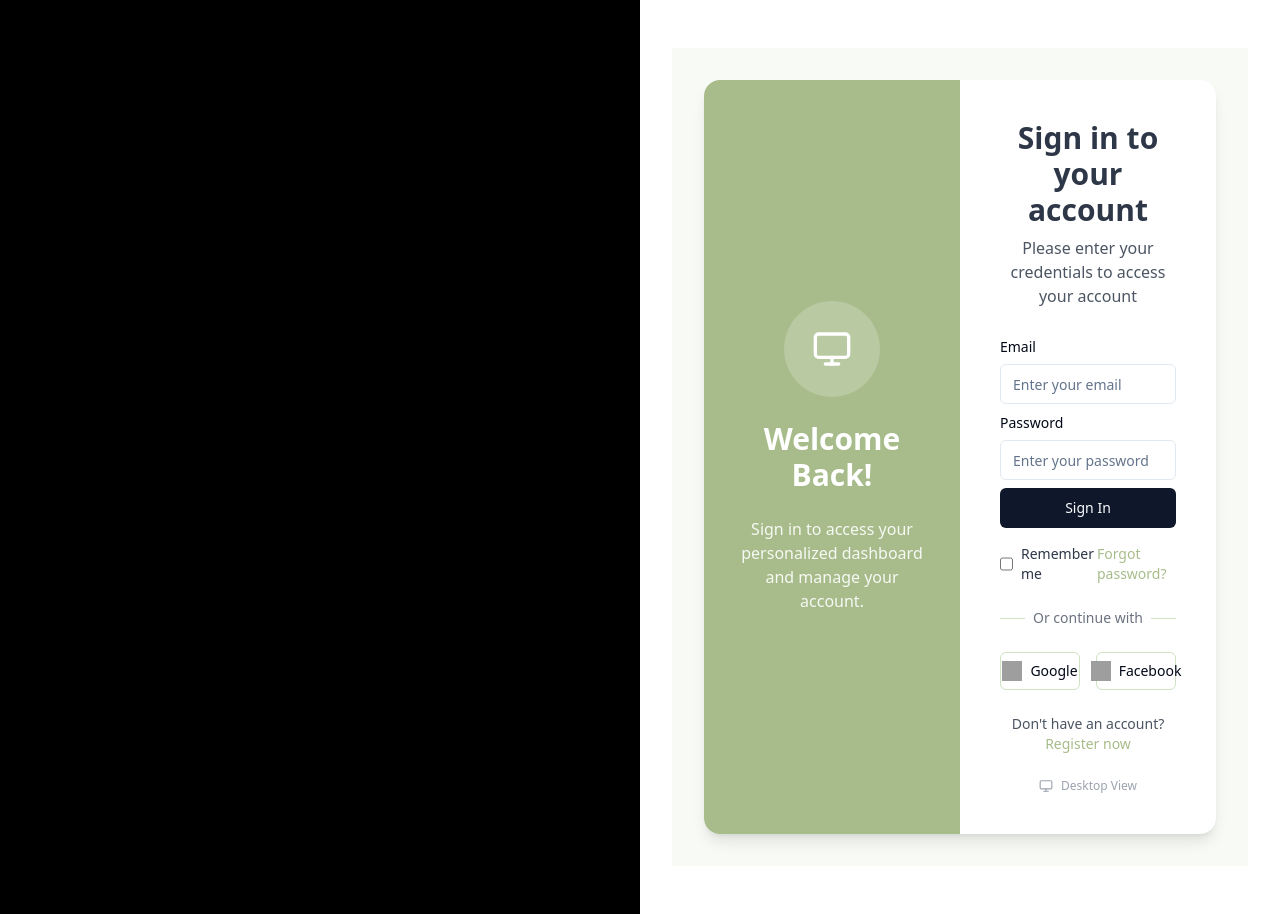
Repository: HanzlaAlvi/GreenCart
Page: / (app in client/)
An editor plug-in stored every save of this project. The page is shown before and after the next save, followed by the edit.
The browser window is 1280 px wide. The pictures show the whole page.
Pictures or frames that could not be fetched are drawn as grey boxes. The page's requests for data from a server got no answer. The project was rebuilt for these pictures with package versions that can differ from the ones it lists, and the page was loaded fresh each time. No one was signed in, and anything a server would have sent is missing. Also part of the build but not shown: client/vite.config.js, client/src/components/ui/select.jsx, client/src/components/ui/textarea.jsx, client/src/pages/auth/register.jsx, client/src/components/ui/sheet.jsx, client/src/components/admin-view/header.jsx, client/src/components/admin-view/layout.jsx, client/src/components/admin-view/image-upload.jsx and 36 more.

Above is the page before, as saved 2025-07-05 17:24:48.

### client/src/App.jsx
import { Route, Routes } from "react-router-dom";
import AuthLayout from "./components/auth/layout";
import AuthLogin from "./pages/auth/login";
import AuthRegister from "./pages/auth/register";
import AdminLayout from "./components/admin-view/layout";
import AdminDashboard from "./pages/admin-view/dashboard";
import AdminProducts from "./pages/admin-view/products";
import AdminOrders from "./pages/admin-view/orders";
import AdminFeatures from "./pages/admin-view/features";
import ShoppingLayout from "./components/shopping-view/layout";
import NotFound from "./pages/not-found";
import ShoppingHome from "./pages/shopping-view/home";
import ShoppingListing from "./pages/shopping-view/listing";
import ShoppingCheckout from "./pages/shopping-view/checkout";
import ShoppingAccount from "./pages/shopping-view/account";
import CheckAuth from "./components/common/check-auth";
import UnauthPage from "./pages/unauth-page";
import { useDispatch, useSelector } from "react-redux";
import { useEffect } from "react";
import { checkAuth } from "./store/auth-slice";
import { Skeleton } from "@/components/ui/skeleton";
import PaypalReturnPage from "./pages/shopping-view/paypal-return";
import PaymentSuccessPage from "./pages/shopping-view/payment-success";
import SearchProducts from "./pages/shopping-view/search";

function App() {
  const { user, isAuthenticated, isLoading } = useSelector(
    (state) => state.auth
  );
  const dispatch = useDispatch();

  useEffect(() => {
    dispatch(checkAuth());
  }, [dispatch]);

  if (isLoading) return <Skeleton className="w-[800] bg-black h-[600px]" />;

  console.log(isLoading, user);
  console.log("APP JSX IS RUNNING");
  return (
    <div className="flex flex-col overflow-hidden bg-white">
      <Routes>
        <Route
          path="/"
          element={
            <CheckAuth
              isAuthenticated={isAuthenticated}
              user={user}
            ></CheckAuth>
          }
        />
        <Route
          path="/auth"
          element={
            <CheckAuth isAuthenticated={isAuthenticated} user={user}>
              <AuthLayout />
            </CheckAuth>
          }
        >
          <Route path="login" element={<AuthLogin />} />
          <Route path="register" element={<AuthRegister />} />
        </Route>
        <Route
          path="/admin"
          element={
            <CheckAuth isAuthenticated={isAuthenticated} user={user}>
              <AdminLayout />
            </CheckAuth>
          }
        >
          <Route path="dashboard" element={<AdminDashboard />} />
          <Route path="products" element={<AdminProducts />} />
          <Route path="orders" element={<AdminOrders />} />
          <Route path="features" element={<AdminFeatures />} />
        </Route>
        <Route
          path="/shop"
          element={
            <CheckAuth isAuthenticated={isAuthenticated} user={user}>
              <ShoppingLayout />
            </CheckAuth>
          }
        >
          <Route path="home" element={<ShoppingHome />} />
          <Route path="listing" element={<ShoppingListing />} />
          <Route path="checkout" element={<ShoppingCheckout />} />
          <Route path="account" element={<ShoppingAccount />} />
          <Route path="paypal-return" element={<PaypalReturnPage />} />
          <Route path="payment-success" element={<PaymentSuccessPage />} />
          <Route path="search" element={<SearchProducts />} />
        </Route>
        <Route path="/unauth-page" element={<UnauthPage />} />
        <Route path="*" element={<NotFound />} />
      </Routes>
    </div>
  );
}

export default App;

### client/src/components/ui/toaster.jsx
import {
  Toast,
  ToastClose,
  ToastDescription,
  ToastProvider,
  ToastTitle,
  ToastViewport,
} from "@/components/ui/toast"
import { useToast } from "@/components/ui/use-toast"

export function Toaster() {
  const { toasts } = useToast()

  return (
    (<ToastProvider>
      {toasts.map(function ({ id, title, description, action, ...props }) {
        return (
          (<Toast key={id} {...props}>
            <div className="grid gap-1">
              {title && <ToastTitle>{title}</ToastTitle>}
              {description && (
                <ToastDescription>{description}</ToastDescription>
              )}
            </div>
            {action}
            <ToastClose />
          </Toast>)
        );
      })}
      <ToastViewport />
    </ToastProvider>)
  );
}

### client/src/components/auth/layout.jsx
import { Outlet } from "react-router-dom";

function AuthLayout() {
  return (
    <div className="flex min-h-screen w-full">
      <div className="hidden lg:flex items-center justify-center bg-black w-1/2 px-12">

      </div>
      <div className="flex flex-1 items-center justify-center bg-background px-4 py-12 sm:px-6 lg:px-8">
        <Outlet />
      </div>
    </div>
  );
}

export default AuthLayout;

### client/src/components/common/check-auth.jsx
import { Navigate, useLocation } from "react-router-dom";

function CheckAuth({ isAuthenticated, user, children }) {
  const location = useLocation();

  console.log(location.pathname, isAuthenticated);

  if (location.pathname === "/") {
    if (!isAuthenticated) {
      return <Navigate to="/auth/login" />;
    } else {
      if (user?.role === "admin") {
        return <Navigate to="/admin/dashboard" />;
      } else {
        return <Navigate to="/shop/home" />;
      }
    }
  }

  if (
    !isAuthenticated &&
    !(
      location.pathname.includes("/login") ||
      location.pathname.includes("/register")
    )
  ) {
    return <Navigate to="/auth/login" />;
  }

  if (
    isAuthenticated &&
    (location.pathname.includes("/login") ||
      location.pathname.includes("/register"))
  ) {
    if (user?.role === "admin") {
      return <Navigate to="/admin/dashboard" />;
    } else {
      return <Navigate to="/shop/home" />;
    }
  }

  if (
    isAuthenticated &&
    user?.role !== "admin" &&
    location.pathname.includes("admin")
  ) {
    return <Navigate to="/unauth-page" />;
  }

  if (
    isAuthenticated &&
    user?.role === "admin" &&
    location.pathname.includes("shop")
  ) {
    return <Navigate to="/admin/dashboard" />;
  }

  return <>{children}</>;
}

export default CheckAuth;

### client/src/pages/shopping-view/paypal-return.jsx
import { Card, CardHeader, CardTitle } from "@/components/ui/card";
import { capturePayment } from "@/store/shop/order-slice";
import { useEffect } from "react";
import { useDispatch } from "react-redux";
import { useLocation } from "react-router-dom";

function PaypalReturnPage() {

}

export default PaypalReturnPage;

### client/src/pages/shopping-view/payment-success.jsx
import { Button } from "@/components/ui/button";
import { Card, CardHeader, CardTitle } from "@/components/ui/card";
import { useNavigate } from "react-router-dom";

function PaymentSuccessPage() {

}

export default PaymentSuccessPage;

### client/src/components/ui/toast.jsx
import * as React from "react"
import * as ToastPrimitives from "@radix-ui/react-toast"
import { cva } from "class-variance-authority";
import { X } from "lucide-react"

import { cn } from "@/lib/utils"

const ToastProvider = ToastPrimitives.Provider

const ToastViewport = React.forwardRef(({ className, ...props }, ref) => (
  <ToastPrimitives.Viewport
    ref={ref}
    className={cn(
      "fixed top-0 z-[100] flex max-h-screen w-full flex-col-reverse p-4 sm:bottom-0 sm:right-0 sm:top-auto sm:flex-col md:max-w-[420px]",
      className
    )}
    {...props} />
))
ToastViewport.displayName = ToastPrimitives.Viewport.displayName

const toastVariants = cva(
  "group pointer-events-auto relative flex w-full items-center justify-between space-x-4 overflow-hidden rounded-md border p-6 pr-8 shadow-lg transition-all data-[swipe=cancel]:translate-x-0 data-[swipe=end]:translate-x-[var(--radix-toast-swipe-end-x)] data-[swipe=move]:translate-x-[var(--radix-toast-swipe-move-x)] data-[swipe=move]:transition-none data-[state=open]:animate-in data-[state=closed]:animate-out data-[swipe=end]:animate-out data-[state=closed]:fade-out-80 data-[state=closed]:slide-out-to-right-full data-[state=open]:slide-in-from-top-full data-[state=open]:sm:slide-in-from-bottom-full",
  {
    variants: {
      variant: {
        default: "border bg-background text-foreground",
        destructive:
          "destructive group border-destructive bg-destructive text-destructive-foreground",
      },
    },
    defaultVariants: {
      variant: "default",
    },
  }
)

const Toast = React.forwardRef(({ className, variant, ...props }, ref) => {
  return (
    (<ToastPrimitives.Root
      ref={ref}
      className={cn(toastVariants({ variant }), className)}
      {...props} />)
  );
})
Toast.displayName = ToastPrimitives.Root.displayName

const ToastAction = React.forwardRef(({ className, ...props }, ref) => (
  <ToastPrimitives.Action
    ref={ref}
    className={cn(
      "inline-flex h-8 shrink-0 items-center justify-center rounded-md border bg-transparent px-3 text-sm font-medium ring-offset-background transition-colors hover:bg-secondary focus:outline-none focus:ring-2 focus:ring-ring focus:ring-offset-2 disabled:pointer-events-none disabled:opacity-50 group-[.destructive]:border-muted/40 group-[.destructive]:hover:border-destructive/30 group-[.destructive]:hover:bg-destructive group-[.destructive]:hover:text-destructive-foreground group-[.destructive]:focus:ring-destructive",
      className
    )}
    {...props} />
))
ToastAction.displayName = ToastPrimitives.Action.displayName

const ToastClose = React.forwardRef(({ className, ...props }, ref) => (
  <ToastPrimitives.Close
    ref={ref}
    className={cn(
      "absolute right-2 top-2 rounded-md p-1 text-foreground/50 opacity-0 transition-opacity hover:text-foreground focus:opacity-100 focus:outline-none focus:ring-2 group-hover:opacity-100 group-[.destructive]:text-red-300 group-[.destructive]:hover:text-red-50 group-[.destructive]:focus:ring-red-400 group-[.destructive]:focus:ring-offset-red-600",
      className
    )}
    toast-close=""
    {...props}>
    <X className="h-4 w-4" />
  </ToastPrimitives.Close>
))
ToastClose.displayName = ToastPrimitives.Close.displayName

const ToastTitle = React.forwardRef(({ className, ...props }, ref) => (
  <ToastPrimitives.Title ref={ref} className={cn("text-sm font-semibold", className)} {...props} />
))
ToastTitle.displayName = ToastPrimitives.Title.displayName

const ToastDescription = React.forwardRef(({ className, ...props }, ref) => (
  <ToastPrimitives.Description ref={ref} className={cn("text-sm opacity-90", className)} {...props} />
))
ToastDescription.displayName = ToastPrimitives.Description.displayName

export { ToastProvider, ToastViewport, Toast, ToastTitle, ToastDescription, ToastClose, ToastAction };

### client/src/components/common/form.jsx
import { Input } from "../ui/input";
import { Label } from "../ui/label";
import {
  Select,
  SelectContent,
  SelectItem,
  SelectTrigger,
  SelectValue,
} from "../ui/select";
import { Textarea } from "../ui/textarea";
import { Button } from "../ui/button";

function CommonForm({
  formControls,
  formData,
  setFormData,
  onSubmit,
  buttonText,
  isBtnDisabled,
}) {
  function renderInputsByComponentType(getControlItem) {
    let element = null;
    const value = formData[getControlItem.name] || "";

    switch (getControlItem.componentType) {
      case "input":
        element = (
          <Input
            name={getControlItem.name}
            placeholder={getControlItem.placeholder}
            id={getControlItem.name}
            type={getControlItem.type}
            value={value}
            onChange={(event) =>
              setFormData({
                ...formData,
                [getControlItem.name]: event.target.value,
              })
            }
          />
        );

        break;
      case "select":
        element = (
          <Select
            onValueChange={(value) =>
              setFormData({
                ...formData,
                [getControlItem.name]: value,
              })
            }
            value={value}
          >
            <SelectTrigger className="w-full">
              <SelectValue placeholder={getControlItem.label} />
            </SelectTrigger>
            <SelectContent>
              {getControlItem.options && getControlItem.options.length > 0
                ? getControlItem.options.map((optionItem) => (
                    <SelectItem key={optionItem.id} value={optionItem.id}>
                      {optionItem.label}
                    </SelectItem>
                  ))
                : null}
            </SelectContent>
          </Select>
        );

        break;
      case "textarea":
        element = (
          <Textarea
            name={getControlItem.name}
            placeholder={getControlItem.placeholder}
            id={getControlItem.id}
            value={value}
            onChange={(event) =>
              setFormData({
                ...formData,
                [getControlItem.name]: event.target.value,
              })
            }
          />
        );

        break;

      default:
        element = (
          <Input
            name={getControlItem.name}
            placeholder={getControlItem.placeholder}
            id={getControlItem.name}
            type={getControlItem.type}
            value={value}
            onChange={(event) =>
              setFormData({
                ...formData,
                [getControlItem.name]: event.target.value,
              })
            }
          />
        );
        break;
    }

    return element;
  }

  return (
    <form onSubmit={onSubmit}>
      <div className="flex flex-col gap-3">
        {formControls.map((controlItem) => (
          <div className="grid w-full gap-1.5" key={controlItem.name}>
            <Label className="mb-1">{controlItem.label}</Label>
            {renderInputsByComponentType(controlItem)}
          </div>
        ))}
      </div>
      <Button disabled={isBtnDisabled} type="submit" className="mt-2 w-full">
        {buttonText || "Submit"}
      </Button>
    </form>
  );
}

export default CommonForm;

### client/src/components/admin-view/sidebar.jsx
import {
  BadgeCheck,
  ChartNoAxesCombined,
  LayoutDashboard,
  ShoppingBasket,
} from "lucide-react";
import { Fragment } from "react";
import { useNavigate } from "react-router-dom";
import { Sheet, SheetContent, SheetHeader, SheetTitle } from "../ui/sheet";

const adminSidebarMenuItems = [
  {
    id: "dashboard",
    label: "Dashboard",
    path: "/admin/dashboard",
    icon: <LayoutDashboard />,
  },
  {
    id: "products",
    label: "Products",
    path: "/admin/products",
    icon: <ShoppingBasket />,
  },
  {
    id: "orders",
    label: "Orders",
    path: "/admin/orders",
    icon: <BadgeCheck />,
  },
];

function MenuItems({ setOpen }) {
  const navigate = useNavigate();

  return (
    <nav className="mt-8 flex-col flex gap-2">
      {adminSidebarMenuItems.map((menuItem) => (
        <div
          key={menuItem.id}
          onClick={() => {
            navigate(menuItem.path);
            setOpen ? setOpen(false) : null;
          }}
          className="flex cursor-pointer text-xl items-center gap-2 rounded-md px-3 py-2 text-muted-foreground hover:bg-muted hover:text-foreground"
        >
          {menuItem.icon}
          <span>{menuItem.label}</span>
        </div>
      ))}
    </nav>
  );
}

function AdminSideBar({ open, setOpen }) {
  const navigate = useNavigate();

  return (
    <Fragment>
      <Sheet open={open} onOpenChange={setOpen}>
        <SheetContent side="left" className="w-64">
          <div className="flex flex-col h-full">
            <SheetHeader className="border-b">
              <SheetTitle className="flex gap-2 mt-5 mb-5">
                <ChartNoAxesCombined size={30} />
                <h1 className="text-2xl font-extrabold">Admin Panel</h1>
              </SheetTitle>
            </SheetHeader>
            <MenuItems setOpen={setOpen} />
          </div>
        </SheetContent>
      </Sheet>
      <aside className="hidden w-64 flex-col border-r bg-background p-6 lg:flex">
        <div
          onClick={() => navigate("/admin/dashboard")}
          className="flex cursor-pointer items-center gap-2"
        >
          <ChartNoAxesCombined size={30} />
          <h1 className="text-2xl font-extrabold">Admin Panel</h1>
        </div>
        <MenuItems />
      </aside>
    </Fragment>
  );
}

export default AdminSideBar;

### client/src/components/ui/button.jsx
import * as React from "react"
import { Slot } from "@radix-ui/react-slot"
import { cva } from "class-variance-authority";

import { cn } from "@/lib/utils"

const buttonVariants = cva(
  "inline-flex items-center justify-center whitespace-nowrap rounded-md text-sm font-medium ring-offset-background transition-colors focus-visible:outline-none focus-visible:ring-2 focus-visible:ring-ring focus-visible:ring-offset-2 disabled:pointer-events-none disabled:opacity-50",
  {
    variants: {
      variant: {
        default: "bg-primary text-primary-foreground hover:bg-primary/90",
        destructive:
          "bg-destructive text-destructive-foreground hover:bg-destructive/90",
        outline:
          "border border-input bg-background hover:bg-accent hover:text-accent-foreground",
        secondary:
          "bg-secondary text-secondary-foreground hover:bg-secondary/80",
        ghost: "hover:bg-accent hover:text-accent-foreground",
        link: "text-primary underline-offset-4 hover:underline",
      },
      size: {
        default: "h-10 px-4 py-2",
        sm: "h-9 rounded-md px-3",
        lg: "h-11 rounded-md px-8",
        icon: "h-10 w-10",
      },
    },
    defaultVariants: {
      variant: "default",
      size: "default",
    },
  }
)

const Button = React.forwardRef(({ className, variant, size, asChild = false, ...props }, ref) => {
  const Comp = asChild ? Slot : "button"
  return (
    (<Comp
      className={cn(buttonVariants({ variant, size, className }))}
      ref={ref}
      {...props} />)
  );
})
Button.displayName = "Button"

export { Button, buttonVariants }

Loaded but not shown: client/index.html (common file); client/src/main.jsx (common file); client/src/index.css (common file); client/src/components/ui/skeleton.jsx (common file); client/src/lib/utils.js (common file); client/src/components/ui/input.jsx (common file); client/src/components/ui/label.jsx (common file); client/tailwind.config.js (common file); client/src/config/index.js (224 lines, source omitted); client/src/store/auth-slice/index.js (135 lines, source omitted); client/src/components/ui/use-toast.js (154 lines, source omitted); client/src/store/shop/cart-slice/index.js (116 lines, source omitted); client/src/store/admin/order-slice/index.js (84 lines, source omitted); client/src/store/shop/products-slice/index.js (78 lines, source omitted); client/src/store/shop/address-slice/index.js (84 lines, source omitted); client/src/store/admin/products-slice/index.js (85 lines, source omitted); client/src/store/common-slice/index.js (52 lines, source omitted); client/src/store/shop/search-slice/index.js (46 lines, source omitted); client/src/store/store.js (32 lines, source omitted); client/src/pages/auth/login.jsx (214 lines, source omitted); client/src/store/shop/order-slice/index.js (no copy from this time; the picture is the same without it); client/src/store/shop/review-slice/index.js (no copy from this time; the picture is the same without it)

After the next save:
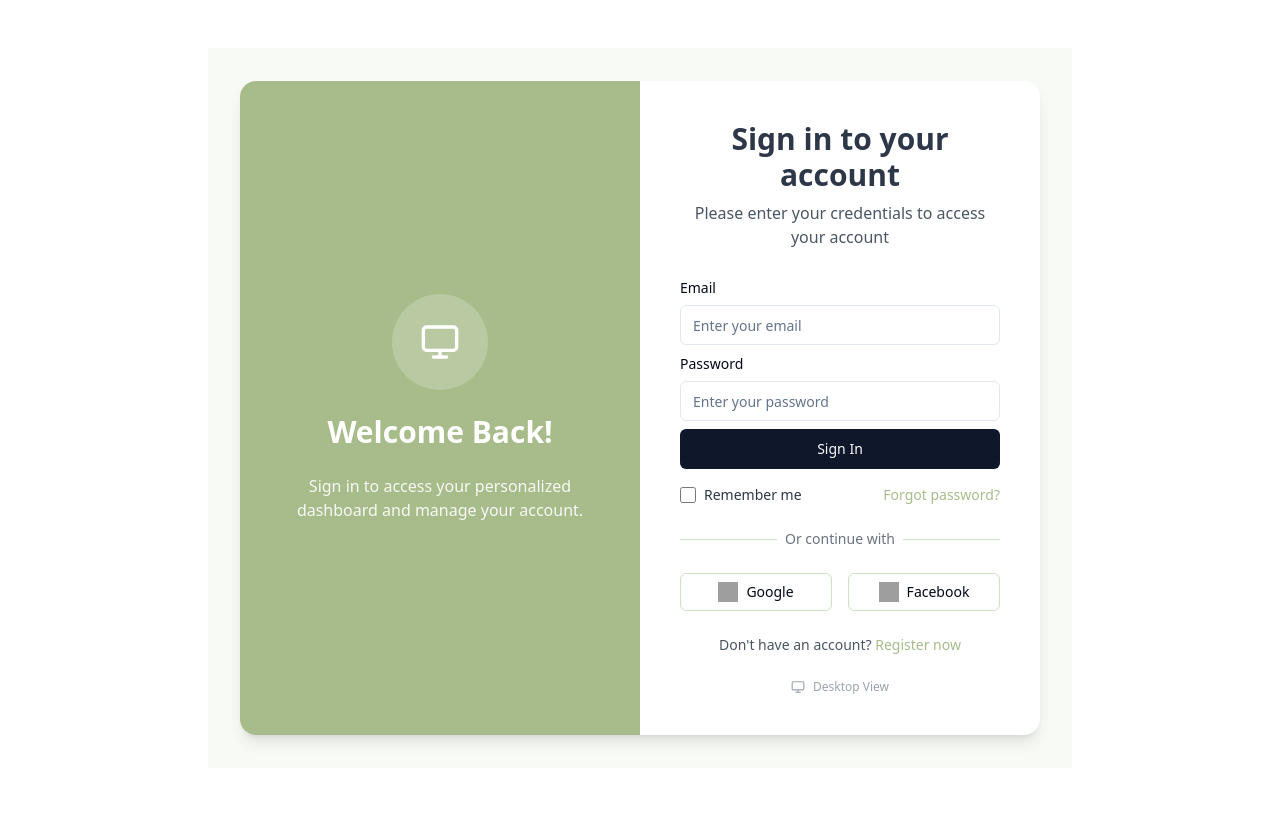
Saved 19 s later.
--- a/client/src/components/auth/layout.jsx
+++ b/client/src/components/auth/layout.jsx
@@ -3,9 +3,7 @@ import { Outlet } from "react-router-dom";
 function AuthLayout() {
   return (
     <div className="flex min-h-screen w-full">
-      <div className="hidden lg:flex items-center justify-center bg-black w-1/2 px-12">
 
-      </div>
       <div className="flex flex-1 items-center justify-center bg-background px-4 py-12 sm:px-6 lg:px-8">
         <Outlet />
       </div>
